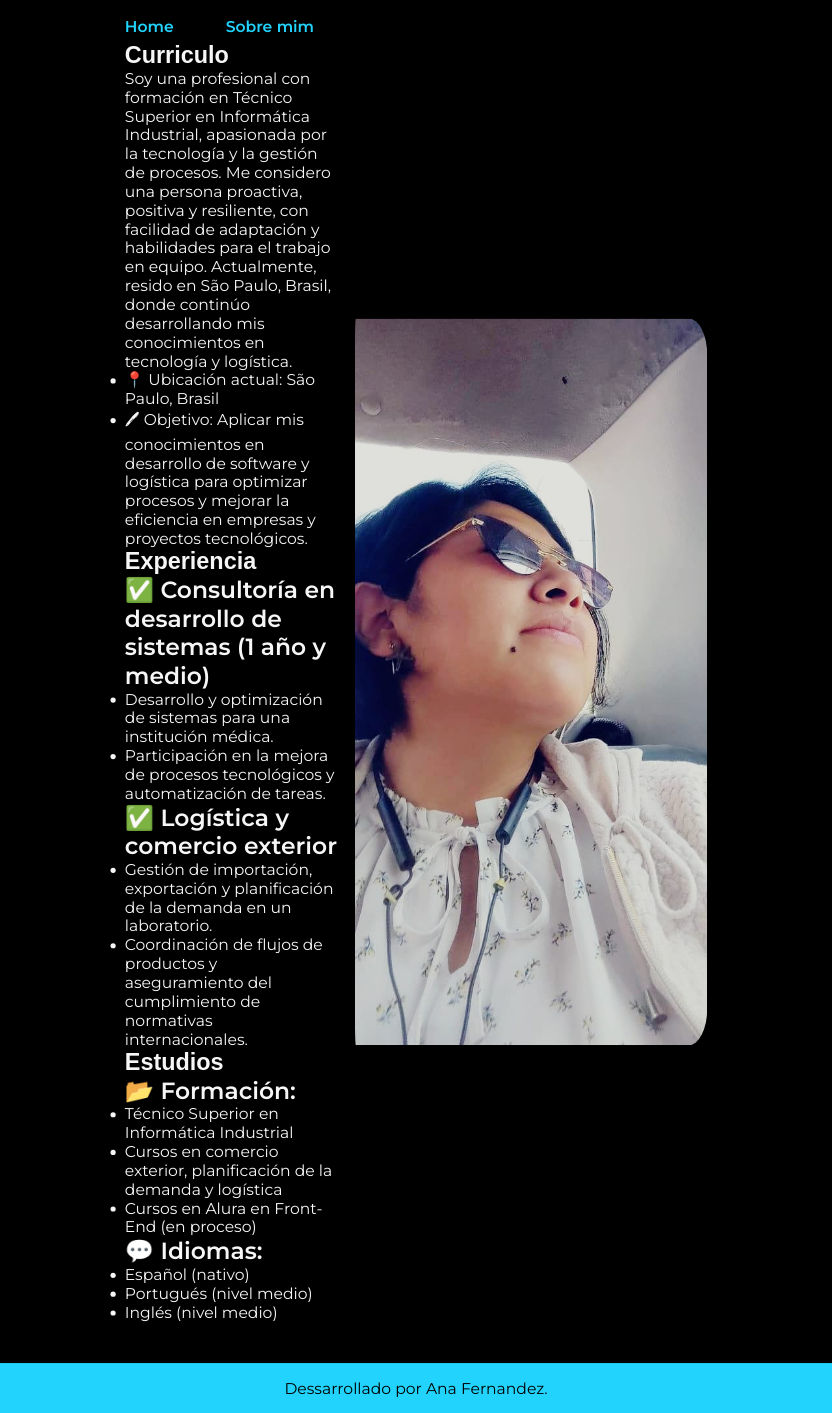
Repository: AnaFzCz/Portifolio-HTML-CSS-dinamico
Page: about.html
The author's editor kept a copy of each file at every save. The page is drawn from the files as they stood at one save, then again after the next save.
The browser window is 1280 px wide. The pictures show the whole page, at 65% of full size.
Some web fonts or font styles are not loaded; a fallback is used.

Above is the page before, as saved 2025-02-10 10:57:58.

### about.html
<!DOCTYPE html>
<html lang="en">

<head>
    <meta charset="UTF-8">
    <meta http-equiv="X-UA-Compatible" content="IE=edge">
    <meta name="viewport" content="width=device-width, initial-scale=1.0">
    <title>Sobre mim</title>
    <link rel="stylesheet" href="./styles/style.css">
</head>

<body>
    <header class="cabecalho">
        <nav class="cabecalho__menu">
            <a class="cabecalho__menu__link" href="index.html">Home</a>
            <a class="cabecalho__menu__link" href="about.html">Sobre mim</a>
        </nav>
    </header>
    <main class="apresentacao">

        <section class="apresentacao__conteudo__texto">

            <h1 class="apresentacao__conteudo__titulo">Curriculo</h1>
            <p class="apresentacao__conteudo__texto">Soy una profesional con formación en Técnico Superior en
                Informática Industrial, apasionada por la tecnología y la gestión de procesos. Me considero una persona
                proactiva, positiva y resiliente, con facilidad de
                adaptación y habilidades para el trabajo en equipo. Actualmente, resido en São Paulo, Brasil, donde
                continúo desarrollando mis conocimientos en tecnología y logística.
            </p>

            <ul>
                <li> &#x1F4CD Ubicación actual: São Paulo, Brasil</li>
                <li> &#x1F58A Objetivo: Aplicar mis conocimientos en desarrollo de software y logística para optimizar
                    procesos y mejorar la eficiencia en empresas y proyectos tecnológicos.</li>
            </ul>


            <h1 class="apresentacao__conteudo__titulo">Experiencia</h1>


            <h2>&#x2705 Consultoría en desarrollo de sistemas (1 año y medio)</h2>
            <ul>
                <li>Desarrollo y optimización de sistemas para una institución médica.</li>
                <li> Participación en la mejora de procesos tecnológicos y automatización de tareas.</li>

            </ul>
            <h2>&#x2705 Logística y comercio exterior</h2>
            <ul>
                <li>Gestión de importación, exportación y planificación de la demanda en un laboratorio.</li>
                <li>Coordinación de flujos de productos y aseguramiento del cumplimiento de normativas internacionales.
                </li>
            </ul>

            <h1 class="apresentacao__conteudo__titulo">Estudios</h1>

            <h2> &#x1F4C2 Formación:</h2>
            <ul>
                <li>Técnico Superior en Informática Industrial</li>
                <li>Cursos en comercio exterior, planificación de la demanda y logística</li>
                <li>Cursos en Alura en Front-End (en proceso)</li>


            </ul>
            <h2>&#x1F4AC Idiomas:</h2>
            <ul>
                <li>Español (nativo)</li>
                <li>Portugués (nivel medio)</li>
                <li> Inglés (nivel medio)</li>
            </ul>
        </section>
        <img src="/assets/Imagen-Ana.jpg" alt="Foto da Ana">
    </main>
    <footer class="rodape">
        <p>
            Dessarrollado por Ana Fernandez.
        </p>
    </footer>
</body>

</html>

### styles/style.css
@import url('https://fonts.googleapis.com/css2?family=Krona+One&family=Montserrat:wght@400;600&display=swap');

* {
    margin: 0;
    padding: 0;
}

body {
    /* height: 100vh; */
    box-sizing: border-box;
    background-color: #000000;
    color: #F6F6F6;
}

.titulo-destaque {
    color: #22D4FD;
}

.cabecalho {
    background-color: #000000;
    padding: 2% 0% 0% 15%;
    position: fixed;

}

.cabecalho__menu {
    display: flex;
    gap: 80px;
    /* justify-content: center;
    align-items: center; */
}

.cabecalho__menu__link {
    font-size: 24px;
    font-family: 'Montserrat', sans-serif;
    color: #22D4FD;
    font-weight: 600;
    text-decoration: none;
}



/* .cabecalho__menu__link:hover {
    color: #007bff;
}



.cabecalho__menu__link {
    padding: 10px 15px;
} */

.apresentacao {
    padding: 5% 15%;
    display: flex;
    align-items: center;
    justify-content: space-between;
}

.apresentacao__conteudo {
    width: 615px;
    display: flex;
    flex-direction: column;
    gap: 40px;
}

.apresentacao__conteudo__titulo {
    font-size: 36px;
    font-family: 'Krona One', sans-serif;
}

.apresentacao__conteudo__texto {
    font-size: 24px;
    font-family: 'Montserrat', sans-serif;
}

.apresentacao__links {
    display: flex;
    flex-direction: column;
    justify-content: space-between;
    align-items: center;
    gap: 32px;
}

.apresentacao__links__subtitulo {
    font-family: 'Krona One', sans-serif;
    font-weight: 400;
    font-size: 24px;
}

.apresentacao__links__link {
    /* background-color: #22D4FD; */
    display: flex;
    justify-content: center;
    gap: 16px;
    border: 2px solid #22D4FD;
    width: 378px;
    text-align: center;
    border-radius: 8px;
    font-size: 24px;
    font-weight: 600;
    padding: 21.5px 0;
    text-decoration: none;
    color: #F6F6F6;
    font-family: 'Montserrat', sans-serif;
}

.apresentacao__links__link:hover {
    cursor: pointer;
    background-color: #272727;
    border: 2px solid #0000FF;
}

ul {
    list-style: disc;
}

img {
    border-radius: 5%;
    padding-left: 3%;

}

.rodape {
    padding: 24px;
    color: #000000;
    background-color: #22D4FD;
    text-align: center;
    font-family: 'Montserrat', sans-serif;
    font-size: 24px;
    font-weight: 400;
}

After the next save:
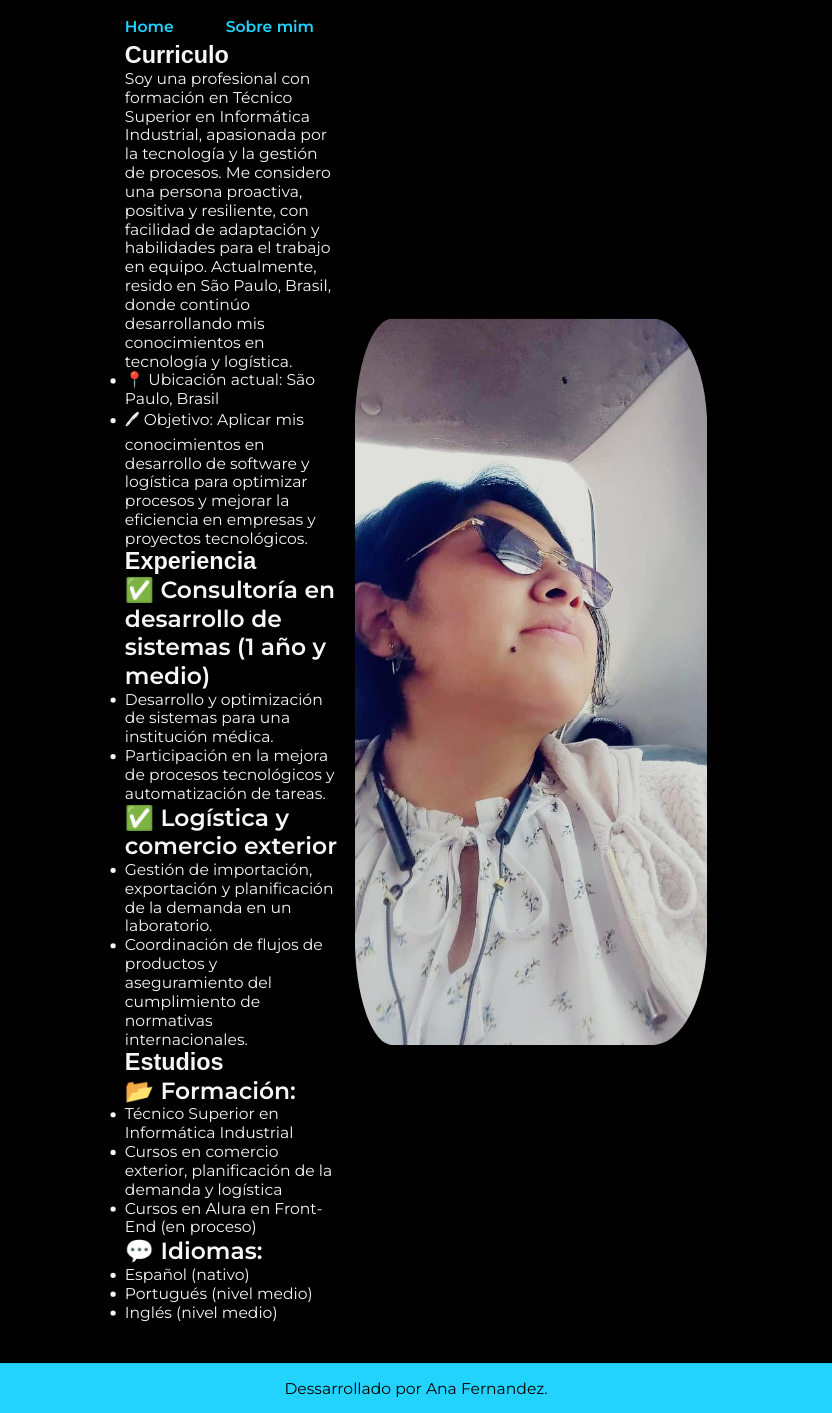
Saved 33 s later.
--- a/styles/style.css
+++ b/styles/style.css
@@ -116,7 +116,7 @@
 }
 
 img {
-    border-radius: 5%;
+    border-radius: 15%;
     padding-left: 3%;
 
 }
